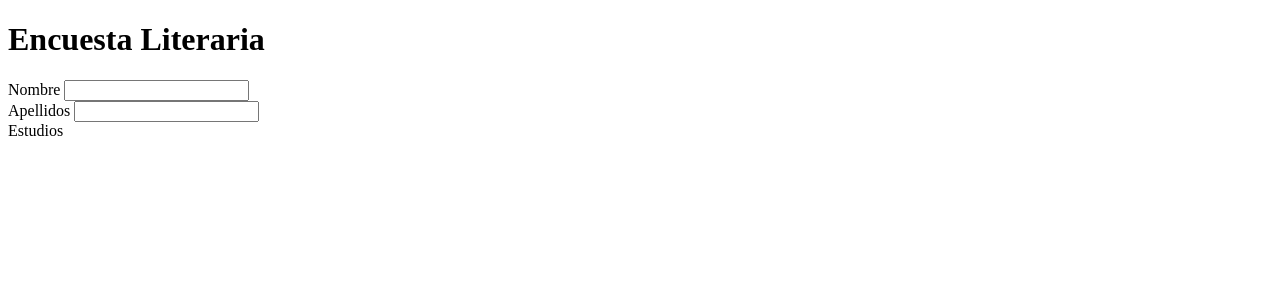
Repository: cgg25/javaee
Page: Enucesta/WebContent/index.html
These files come from the project's save history. The page is drawn as it stood at one moment and after the next save; the edit follows.
The browser window is 1280 px wide. The pictures show the whole page.

Above is the page before, as saved 2017-02-16 17:47:22.

### Enucesta/WebContent/index.html
<!DOCTYPE html>
<html>
<head>
<meta charset="UTF-8">
<title>Encuesta</title>
</head>
<body>
	<h1>Encuesta Literaria</h1>
	<form action="/Encuesta/mostrar">
		<label>Nombre</label>
		<input type="text" name="nombre"><br>
		<label>Apellidos</label>
		<input type="text" name="apellidos"><br>
		<label>Estudios</label>
	</form>
</body>
</html>

After the next save:
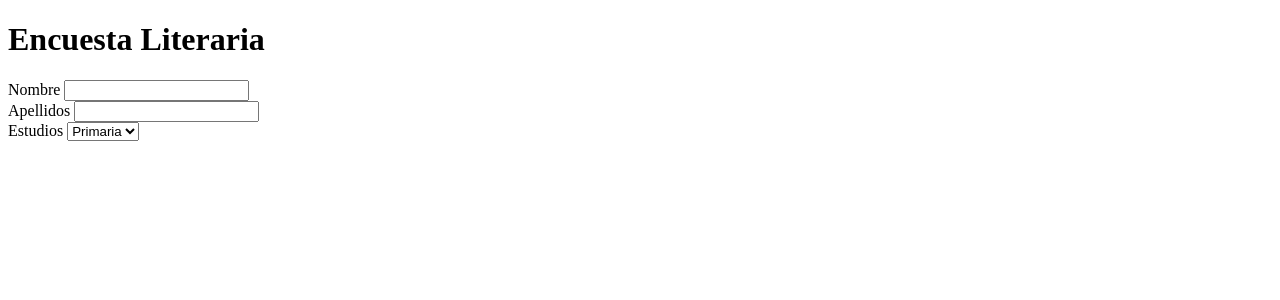
Saved 33 s later.
--- a/Enucesta/WebContent/index.html
+++ b/Enucesta/WebContent/index.html
@@ -12,6 +12,11 @@
 		<label>Apellidos</label>
 		<input type="text" name="apellidos"><br>
 		<label>Estudios</label>
+		<select name="estudios">
+			<option>Primaria</option>
+			<option>Primaria</option>
+			<option>Primaria</option>
+		</select>
 	</form>
 </body>
 </html>
